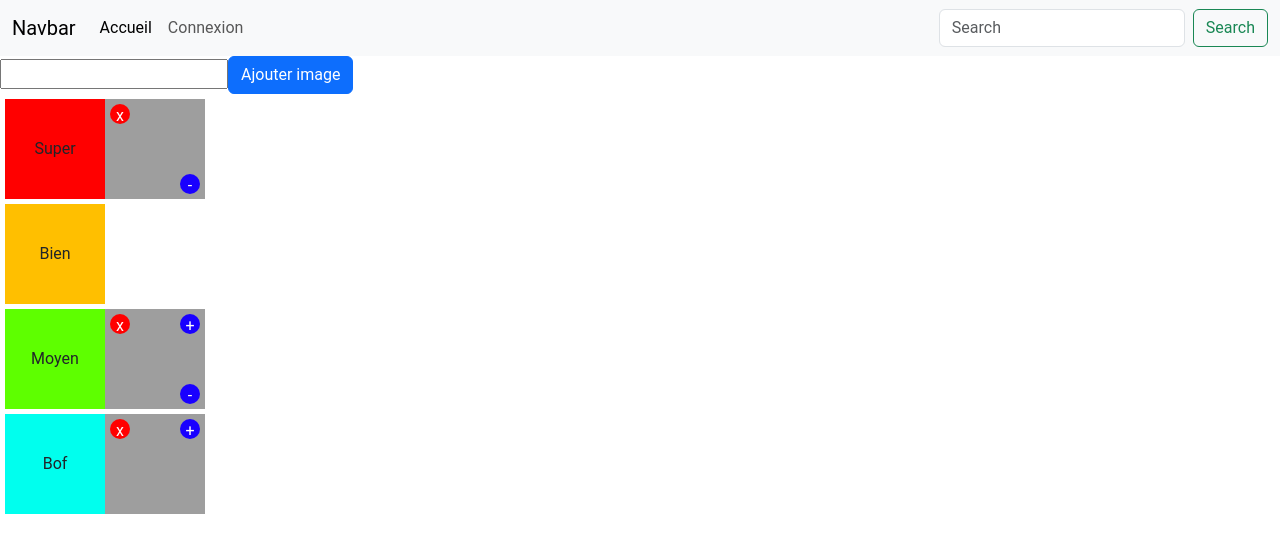
Repository: tecouz/Angular
Page: / (app in projet Angular/demo-angular-dfs2-g2/)
The author's editor kept a copy of each file at every save. The page is drawn from the files as they stood at one save, then again after the next save.
The browser window is 1280 px wide. The pictures show the whole page.
Pictures or frames that could not be fetched are drawn as grey boxes. The project was rebuilt for these pictures with package versions that can differ from the ones it lists, and the page was loaded fresh each time. Also part of the build but not shown: projet Angular/demo-angular-dfs2-g2/angular.json, projet Angular/demo-angular-dfs2-g2/src/app/pages/connexion/connexion.component.ts, projet Angular/demo-angular-dfs2-g2/src/app/pages/page404/page404.component.ts.

Above is the page before, as saved 2024-11-25 16:02:51.

### projet Angular/demo-angular-dfs2-g2/src/index.html
<!doctype html>
<html lang="en">
<head>
  <meta charset="utf-8">
  <title>DemoAngularDfs2G2</title>
  <base href="/">
  <meta name="viewport" content="width=device-width, initial-scale=1">
  <link rel="icon" type="image/x-icon" href="favicon.ico">
  <link href="https://cdn.jsdelivr.net/npm/bootstrap@5.3.3/dist/css/bootstrap.min.css" rel="stylesheet" integrity="sha384-QWTKZyjpPEjISv5WaRU9OFeRpok6YctnYmDr5pNlyT2bRjXh0JMhjY6hW+ALEwIH" crossorigin="anonymous">
</head>
<body>
  <app-root></app-root>
  <script src="https://cdn.jsdelivr.net/npm/bootstrap@5.3.3/dist/js/bootstrap.bundle.min.js" integrity="sha384-YvpcrYf0tY3lHB60NNkmXc5s9fDVZLESaAA55NDzOxhy9GkcIdslK1eN7N6jIeHz" crossorigin="anonymous"></script>
</body>
</html>

### projet Angular/demo-angular-dfs2-g2/src/app/app.component.ts
import { Component } from '@angular/core';
import { RouterLink, RouterOutlet } from '@angular/router';

@Component({
  selector: 'app-root',
  imports: [RouterOutlet, RouterLink],
  templateUrl: './app.component.html',
  styleUrl: './app.component.scss'
})
export class AppComponent {
  title = 'demo-angular-dfs2-g2';
}

### projet Angular/demo-angular-dfs2-g2/src/app/app.routes.ts
import { Routes } from '@angular/router';
import { AccueilComponent } from './pages/accueil/accueil.component';
import { ConnexionComponent } from './pages/connexion/connexion.component';
import { Page404Component } from './pages/page404/page404.component';

export const routes: Routes = [
    {path: "accueil", component: AccueilComponent},
    {path: "connexion", component: ConnexionComponent},
    {path: "", redirectTo: "accueil", pathMatch: "full"},
    {path: "**", component:Page404Component},
];

### projet Angular/demo-angular-dfs2-g2/src/app/app.component.html
<nav class="navbar navbar-expand-lg bg-body-tertiary">
  <div class="container-fluid">
    <a class="navbar-brand">Navbar</a>
    <button class="navbar-toggler" type="button" data-bs-toggle="collapse" data-bs-target="#navbarSupportedContent"
      aria-controls="navbarSupportedContent" aria-expanded="false" aria-label="Toggle navigation">
      <span class="navbar-toggler-icon"></span>
    </button>
    <div class="collapse navbar-collapse" id="navbarSupportedContent">
      <ul class="navbar-nav me-auto mb-2 mb-lg-0">
        <li class="nav-item">
          <a class="nav-link active" routerLink="/accueil">Accueil</a>
        </li>
        <li class="nav-item">
          <a class="nav-link" routerLink="/connexion">Connexion</a>
        </li>
      </ul>
      <form class="d-flex" role="search">
        <input class="form-control me-2" type="search" placeholder="Search" aria-label="Search">
        <button class="btn btn-outline-success" type="submit">Search</button>
      </form>
    </div>
  </div>
</nav>

<router-outlet></router-outlet>

### projet Angular/demo-angular-dfs2-g2/src/app/pages/accueil/accueil.component.ts
import { Component } from '@angular/core';
import { FormsModule } from '@angular/forms';

@Component({
  selector: 'app-accueil',
  imports: [FormsModule],
  templateUrl: './accueil.component.html',
  styleUrl: './accueil.component.scss'
})
export class AccueilComponent {

  saisieImage = "";

  listeCategories = [
    {
      titre: "Super", images: [
        "https://encrypted-tbn0.gstatic.com/images?q=tbn:ANd9GcSoUbGxdooqKHGls6i0vJT0yXIIHN-PJtllBw&s",
      ]
    },
    { titre: "Bien", images: [] },
    { titre: "Moyen", images: ["https://assets.evcdn.net/dam-images/83712/16-9/750x422.jpeg"] },
    { titre: "Bof", images: ["https://assets.evcdn.net/dam-images/83712/16-9/750x422.jpeg"] }]


  ajoutImage() {
    if (this.saisieImage != "") {
      this.listeCategories[0].images.push(this.saisieImage)
      this.saisieImage = "";
    }
  }

  onDeplacement(indexCategorie: number, indexImage: number, plus = true) {
    //on recupere l'image a deplacer
    const imageAdeplacer = this.listeCategories[indexCategorie].images[indexImage]
    //on la place dans sa nouvelle catégorie
    this.listeCategories[indexCategorie + (plus ? 1 : -1)].images.push(imageAdeplacer)
    //on supprime l'ancienne image
    this.listeCategories[indexCategorie].images.splice(indexImage, 1)
  }

  onSuppression(indexCategorie: number, indexImage: number) {
    this.listeCategories[indexCategorie].images.splice(indexImage, 1)
  }
}

### projet Angular/demo-angular-dfs2-g2/src/app/pages/accueil/accueil.component.html
<input type="text" [(ngModel)]="saisieImage">
<div class="btn btn-primary" (click)="ajoutImage()">
  Ajouter image
</div>

<div class="categories">

  @for (categorie of listeCategories; let indexCategorie = $index ;track indexCategorie) {

  <div class="categorie">
    <div class="en-tete">
      <span>{{categorie.titre}}</span>
    </div>
    <div class="images">
      @for (image of categorie.images; let indexImage = $index ;track indexImage) {
      <div class="image">
        <div class="bouton bouton-supprimer" (click)="onSuppression(indexCategorie, indexImage)">x</div>
        @if(indexCategorie != 0) {
        <div class="bouton bouton-plus" (click)="onDeplacement(indexCategorie, indexImage, false)">+</div>
        }
        @if(indexCategorie < listeCategories.length - 1) { <div class="bouton bouton-moins"
          (click)="onDeplacement(indexCategorie, indexImage)">-
      </div>
      }
      <img src="{{image}}">
    </div>

    }
  </div>
</div>

}
</div>

### projet Angular/demo-angular-dfs2-g2/src/app/pages/accueil/accueil.component.scss
.categorie {
    display: flex;
    margin: 5px;

    .en-tete {
      width: 100px;
      height: 100px;
      background-color: #ff00c8;
      display: flex;
      align-items: center;
      justify-content: center;
    }

    &:nth-child(1) .en-tete {
      background-color: #ff0000;
    }

    &:nth-child(2) .en-tete {
      background-color: #ffbf00;
    }

    &:nth-child(3) .en-tete {
      background-color: #5eff00;
    }

    &:nth-child(4) .en-tete {
      background-color: #00ffee;
    }

    &:nth-child(5) .en-tete {
      background-color: #1900ff;
    }

    &:nth-child(6) .en-tete {
      background-color: #d000ff;
    }

    .images {
      display: flex;

      .image {
        position: relative;

        .bouton {
          position: absolute;
          border-radius: 50%;
          background-color: #1900ff;
          color: white;
          right: 5px;
          width: 20px;
          height: 20px;
          text-align: center;

          &.bouton-plus {
            top: 5px;
          }

          &.bouton-moins {
            bottom: 5px;
          }

          &.bouton-supprimer {
            top: 5px;
            left: 5px;
            background-color: red;
          }
        }

        img {
          width: 100px;
          height: 100px;
          object-fit: cover;
        }
      }
    }
  }

Loaded but not shown: projet Angular/demo-angular-dfs2-g2/src/styles.scss (common file); projet Angular/demo-angular-dfs2-g2/src/main.ts (common file); projet Angular/demo-angular-dfs2-g2/src/app/app.config.ts (common file); projet Angular/demo-angular-dfs2-g2/src/app/app.component.scss (no stored copy; drawn as an empty file)

After the next save:
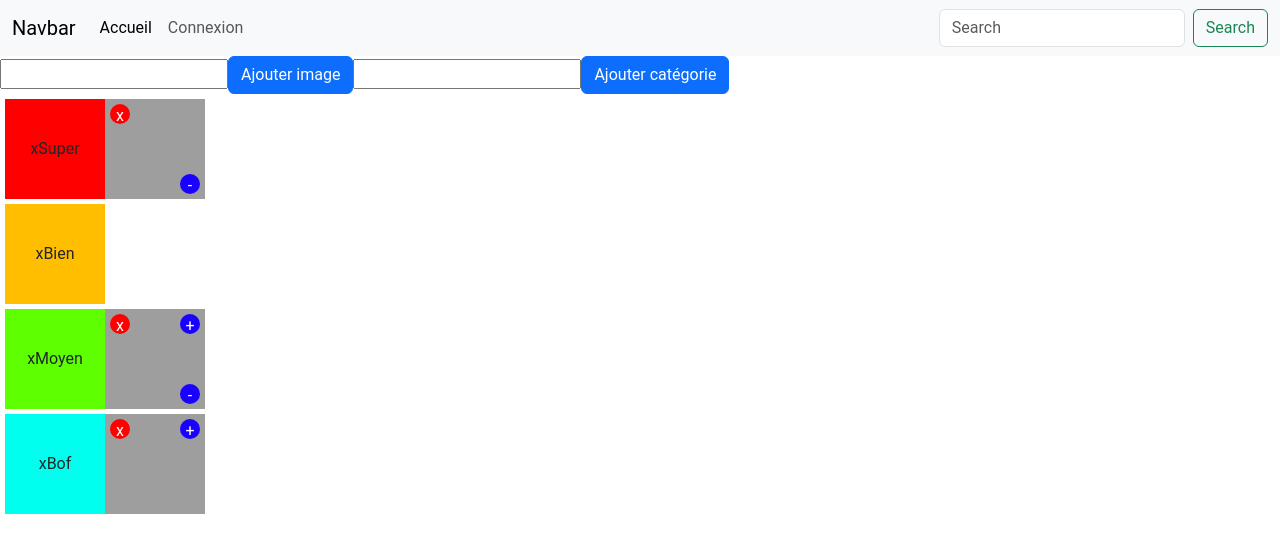
Saved 16 h 56 min later.
--- a/projet Angular/demo-angular-dfs2-g2/src/app/pages/accueil/accueil.component.html
+++ b/projet Angular/demo-angular-dfs2-g2/src/app/pages/accueil/accueil.component.html
@@ -1,6 +1,11 @@
 <input type="text" [(ngModel)]="saisieImage">
 <div class="btn btn-primary" (click)="ajoutImage()">
   Ajouter image
+</div>
+
+<input type="text" [(ngModel)]="saisieCategorie">
+<div class="btn btn-primary" (click)="ajoutCategorie()">
+  Ajouter catégorie
 </div>
 
 <div class="categories">
@@ -9,6 +14,7 @@
 
   <div class="categorie">
     <div class="en-tete">
+      <div class="bouton bouton-supprimer" (click)="suppressionCategorie(indexCategorie)">x</div>
       <span>{{categorie.titre}}</span>
     </div>
     <div class="images">
